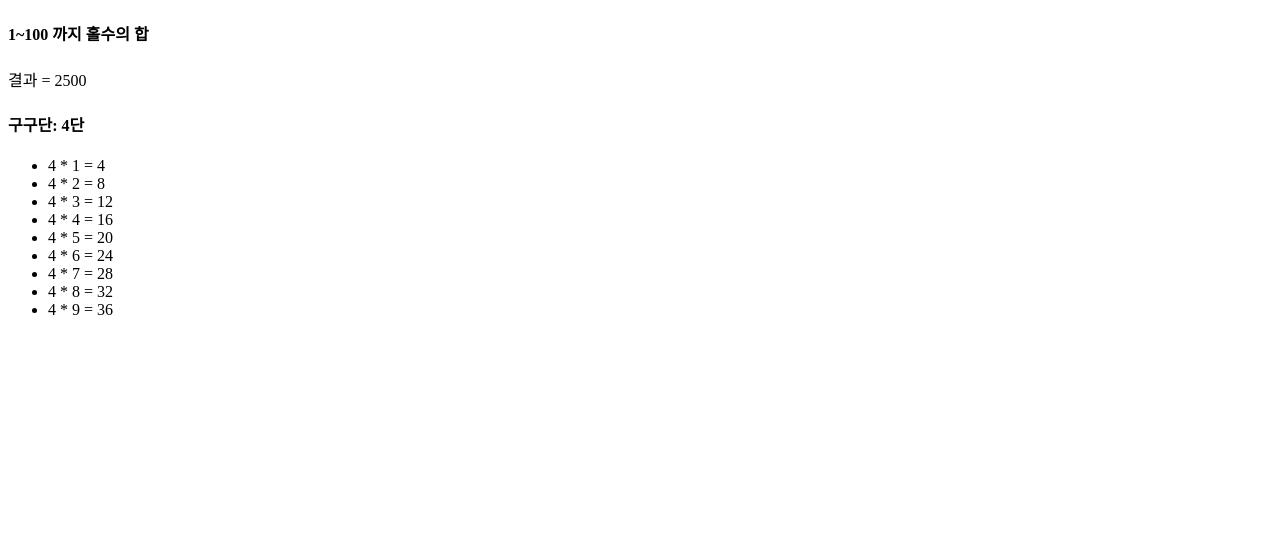
Repository: JIYEON25/model
Page: http://localhost/myWeb/jstl/forex4.jsp
The author's editor kept a copy of each file at every save. The page is drawn from the files as they stood at one save, then again after the next save.
The browser window is 1280 px wide. The pictures show the whole page.
The page is served by Tomcat 9. Other server files are loaded and not shown.

Above is the page before, as saved 2023-09-21 05:54:46.

### model1/myJSP/myWeb/src/main/webapp/jstl/forex4.jsp
<%@page import="java.util.Date"%>
<%@page import="java.util.HashMap"%>
<%@ page language="java" contentType="text/html; charset=UTF-8"
    pageEncoding="UTF-8"%>
<%@ taglib prefix="c" uri="http://java.sun.com/jsp/jstl/core"%>
<%
	HashMap<String, Object> mapData = new HashMap<String, Object>();
	mapData.put("name", "J");
	mapData.put("today", new Date());
%>
<c:set var="intArray" value="<%=new int[] {1,2,3,4,5} %>"/>
<c:set var="map" value="<%=mapData %>"/>
<!DOCTYPE html>
<html>
<head>
<meta charset="UTF-8">
<title>forEach tag</title>
</head>
<body>
	<h4>1~100 까지 홀수의 합</h4>
	<c:set var="sum" value="0"/>
	<c:forEach var="i" begin="1" end="100" step="2">
		<c:set var="sum" value="${sum + i}"/>
	</c:forEach>
	결과 = ${sum}

	<h4>구구단: 4단</h4>
		<ul>
			<c:forEach var="i" begin="1" end="9">
				<li>4 * ${i} = ${4 * i}</li>
			</c:forEach>
		</ul>
</body>
</html>

After the next save:
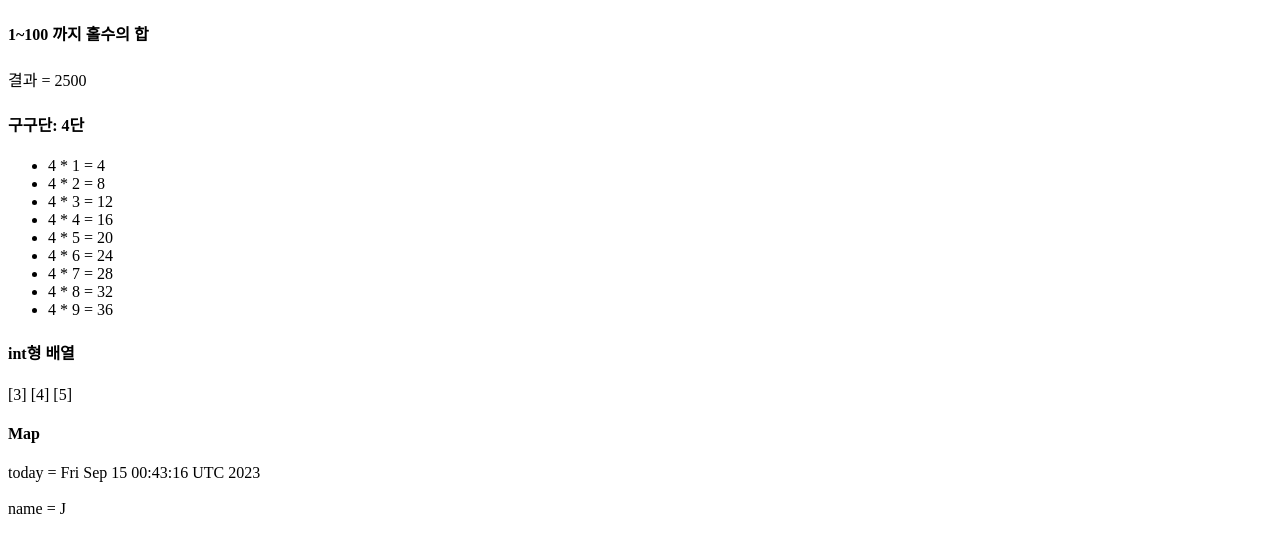
Saved 2 min 16 s later.
--- a/model1/myJSP/myWeb/src/main/webapp/jstl/forex4.jsp
+++ b/model1/myJSP/myWeb/src/main/webapp/jstl/forex4.jsp
@@ -30,5 +30,14 @@
 				<li>4 * ${i} = ${4 * i}</li>
 			</c:forEach>
 		</ul>
+
+	<h4>int형 배열</h4>
+		<c:forEach var="i" items="${intArray }" begin="2" end="4">
+			[${i}]
+		</c:forEach>
+	<h4>Map</h4>
+		<c:forEach var="i" items="${map}">
+			${i.key} = ${i.value} <br><br>
+		</c:forEach>
 </body>
 </html>
